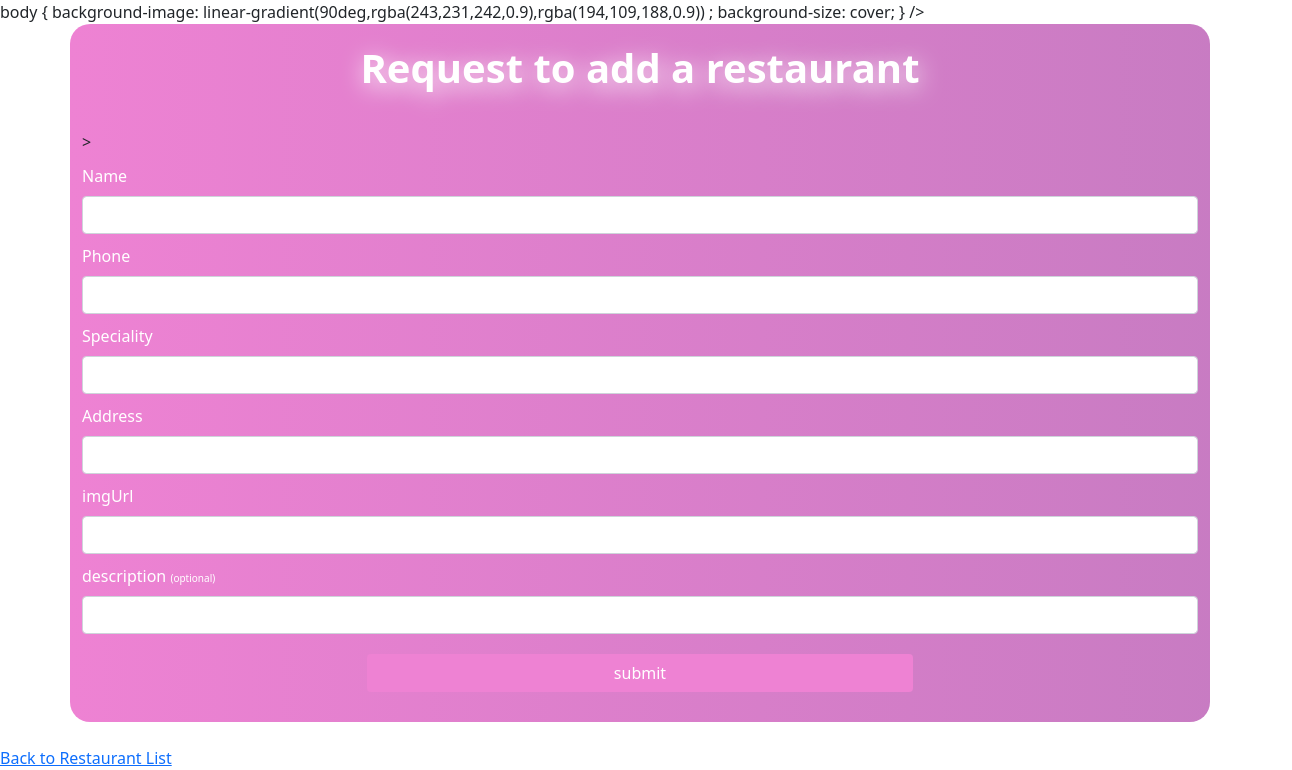
Repository: eyaajili/j2ee
Page: http://localhost/projet_j2ee/addRestaurant.jsp
An editor plug-in stored every save of this project. The page is shown before and after the next save, followed by the edit.
The browser window is 1280 px wide. The page is 1280 px wide, then 1292 px, so the pictures cover 1292 px, including what lies to the right of the window. The pictures show the whole page.
The page is served by Tomcat 9. Other server files are loaded and not shown.

Above is the page before, as saved 2023-04-29 21:24:33.

### projet j2ee/src/main/webapp/addRestaurant.jsp
<%@ page language="java" contentType="text/html; charset=ISO-8859-1"
    pageEncoding="ISO-8859-1"%>
<%@ taglib prefix="c" uri="http://java.sun.com/jsp/jstl/core" %>
<!DOCTYPE html>
<html lang="en">
<head>
    <meta charset="UTF-8">
    <meta http-equiv="X-UA-Compatible" content="IE=edge">
    <meta name="viewport" content="width=device-width, initial-scale=1.0">
    <title>Request</title>
    <link
    href="https://cdn.jsdelivr.net/npm/bootstrap@5.0.2/dist/css/bootstrap.min.css"
    rel="stylesheet"
    integrity="sha384-EVSTQN3/azprG1Anm3QDgpJLIm9Nao0Yz1ztcQTwFspd3yD65VohhpuuCOmLASjC"
    crossorigin="anonymous"
     <style>
      body {
        background-image: linear-gradient(90deg,rgba(243,231,242,0.9),rgba(194,109,188,0.9)) ;
        background-size: cover;

      }
      </style>
  />
  <style>
    .title{
        color: white;
         font-weight: 700;
        text-align: center;
        margin-top: 20PX;
        text-shadow: 2px 5px 25px white;;
    }
    label{
      color: white;
    }

    .request{
      margin-top: 30px;
    }

    .field{
      margin-top: 10PX;
      margin-bottom: 10PX;
    }

    .container{
      border-radius: 20PX;
    }
  </style>
</head>
<body>
    <div class="container" style="
    background-image: linear-gradient(
      90deg,
      #ee82d3,
      rgba(194, 109, 188, 0.9)
    );
  ">
    <div class="row">
      <h1 class="title">Request to add a restaurant</h1>
    </div>
    <div class="row">
      <form class="request" form method="get" action="Servlet">
>
        <div class="field">
          <label class="form-label" for="name">Name</label>
          <input name="name" class="form-control" type="text">
        </div>
                <div class="field">
          <label class="form-label" for="phone">Phone</label>
          <input name="phone" class="form-control" type="text">
        </div>

        <div class="field">
          <label class="form-label" for="speciality">Speciality</label>
          <input name="speciality" class="form-control" type="text">
        </div>
        <div class="field">
          <label class="form-label" for="address">Address</label>
          <input name="address" class="form-control" type="text">
        </div>
                <div class="field">
          <label class="form-label" for="imgUrl">imgUrl</label>
          <input name="imgUrl" class="form-control" type="text">
        </div>

        <div class="field">
          <label class="form-label" for="description" >description <span style="font-size: 10PX;">(optional)</span></label>
          <input class="form-control" type="text">
        </div>
        <div class="row">
          <div class="col-3"></div>
          <div class="col-6"><div class="d-grid gap-2">
          <button class="btn" style="margin-top: 10px; margin-bottom: 30px; background-color: #ee82d3; color: white;"value="Add" type="submit">submit</button></div></div>
          <div class="col-3"></div>
        </div>
        <input type="hidden" name="action" value="addRestaurant">
      </form>
    </div>
    </div>
    <br>
                  <a href="Servlet?action=listRestaurant">Back to Restaurant List</a>
</body>
</html>

After the next save:
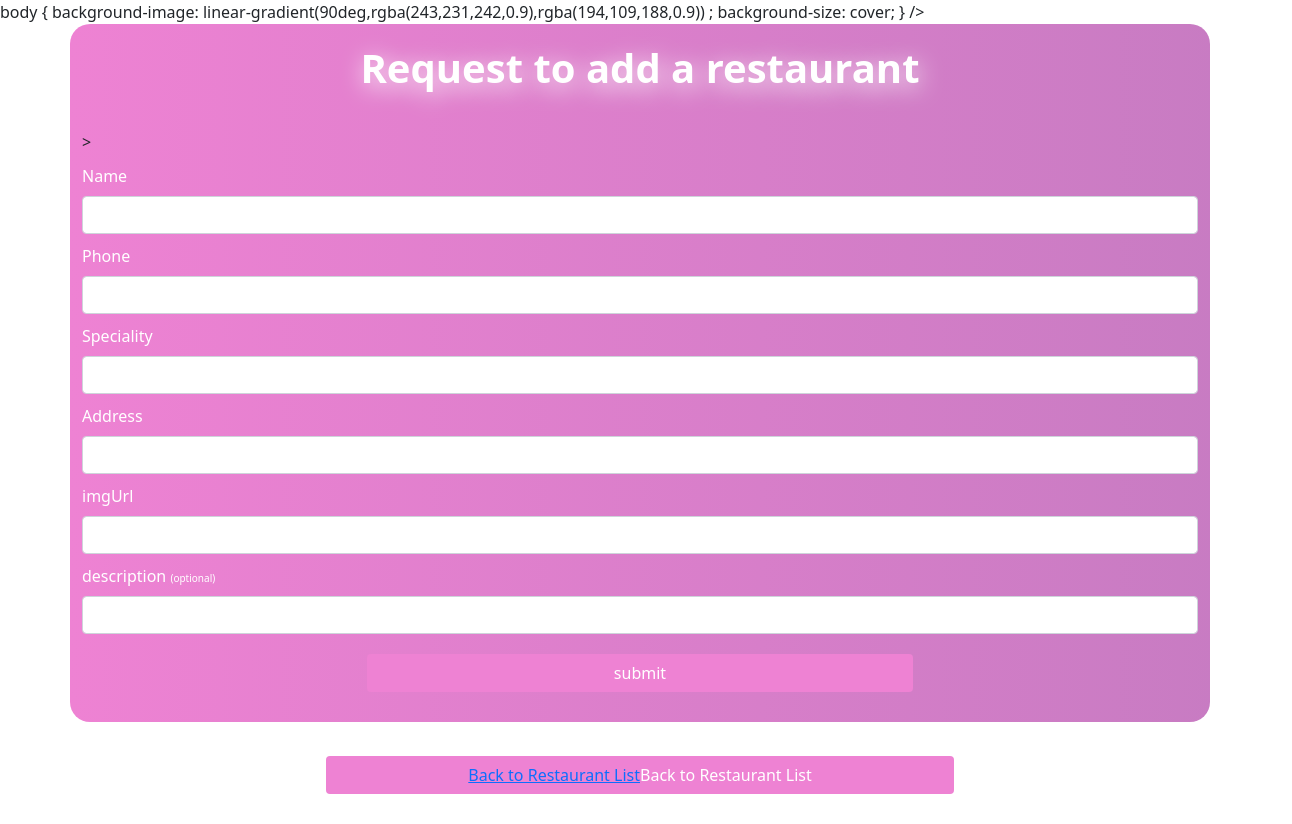
Saved 93 s later.
--- a/projet j2ee/src/main/webapp/addRestaurant.jsp
+++ b/projet j2ee/src/main/webapp/addRestaurant.jsp
@@ -98,6 +98,12 @@
     </div>
     </div>
     <br>
-                  <a href="Servlet?action=listRestaurant">Back to Restaurant List</a>
+    <div class="row">
+          <div class="col-3"></div>
+          <div class="col-6"><div class="d-grid gap-2">
+          <button class="btn" style="margin-top: 10px; margin-bottom: 30px; background-color: #ee82d3; color: white;">         <a href="Servlet?action=listRestaurant">Back to Restaurant List</a>Back to Restaurant List</button></div></div>
+          <div class="col-3"></div>
+        </div>
+
 </body>
 </html>
